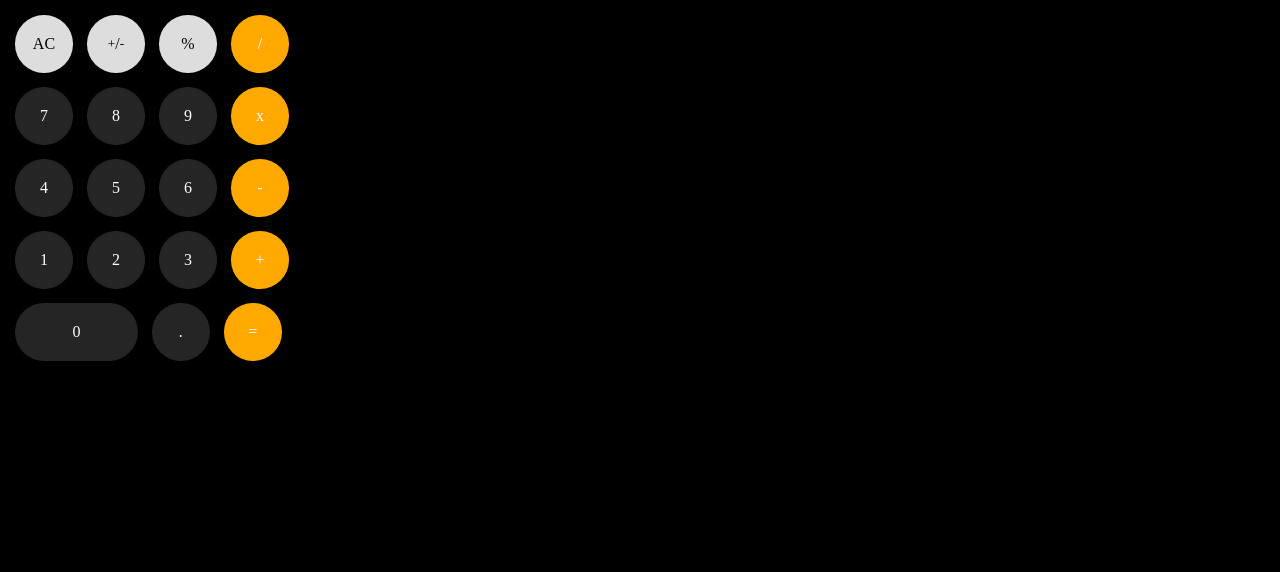
Repository: bombiux/calculadoraJS
Page: index.html
These files come from the project's save history. The page is drawn as it stood at one moment and after the next save; the edit follows.
The browser window is 1280 px wide. The pictures show the whole page.

Above is the page before, as saved 2020-08-08 18:37:06.

### index.html
<!DOCTYPE html>
<html lang="en">
<head>
    <meta charset="UTF-8">
    <meta name="viewport" content="width=device-width, initial-scale=1.0">
    <title>Document</title>
    <link rel="stylesheet" href="style.css">
</head>
<body>
    <div class="calculator">
        <div>
            <div class="special">AC</div>
            <div class="special"><sup>+</sup>/<sub>-</sub></div>
            <div class="special">%</div>
            <div class="operator">/</div>
        </div>
        <div>
            <div class="numbers">7</div>
            <div class="numbers">8</div>
            <div class="numbers">9</div>
            <div class="operator">x</div>
        </div>
        <div>
            <div class="numbers">4</div>
            <div class="numbers">5</div>
            <div class="numbers">6</div>
            <div class="operator">-</div>
        </div>
        <div>
            <div class="numbers">1</div>
            <div class="numbers">2</div>
            <div class="numbers">3</div>
            <div class="operator">+</div>
        </div>
        <div>
            <div class="numbers cero">0</div>
            <div class="numbers">.</div>
            <div class="operator">=</div>
        </div>
    </div>
</body>
</html>

### style.css
body {
    background: black;
}

.calculator {
    display: flex;
    flex-direction: column;
}

.calculator > div {
    display: flex;
}

.calculator > div > div {
    width: 8vh;
    height: 8vh;
    border-radius: 50%;
    justify-content: center;
    align-items: center;
    display: flex;
    margin: 1vh;
}

.calculator > div > .cero {
    width: 17vh;
    border-radius: 40px;
}

.special {
    background-color: rgb(221, 221, 221)
}

.numbers {
    background-color: rgb(37, 37, 37);
    color: white;
}

.operator {
    background: #ffa800;
    color: white;
}

After the next save:
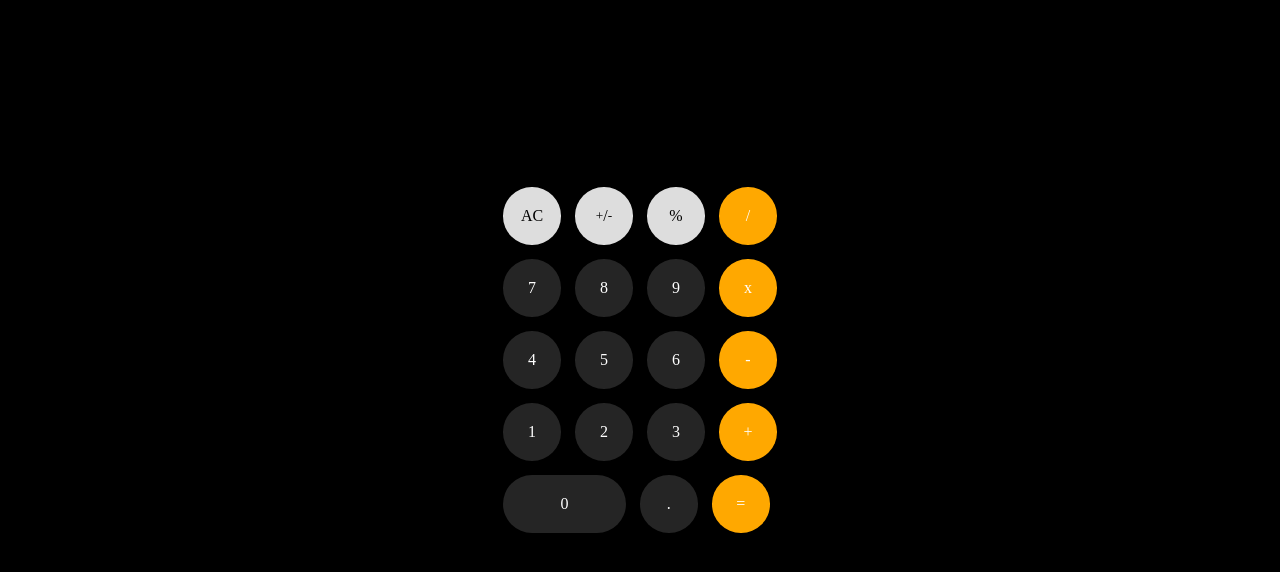
Saved 16 s later.
--- a/style.css
+++ b/style.css
@@ -1,5 +1,12 @@
 body {
     background: black;
+    height: 100vh;
+    width: 100vw;
+    margin: 0;
+    padding: 0;
+    display: flex;
+    justify-content: center;
+    align-items: center;
 }
 
 .calculator {
